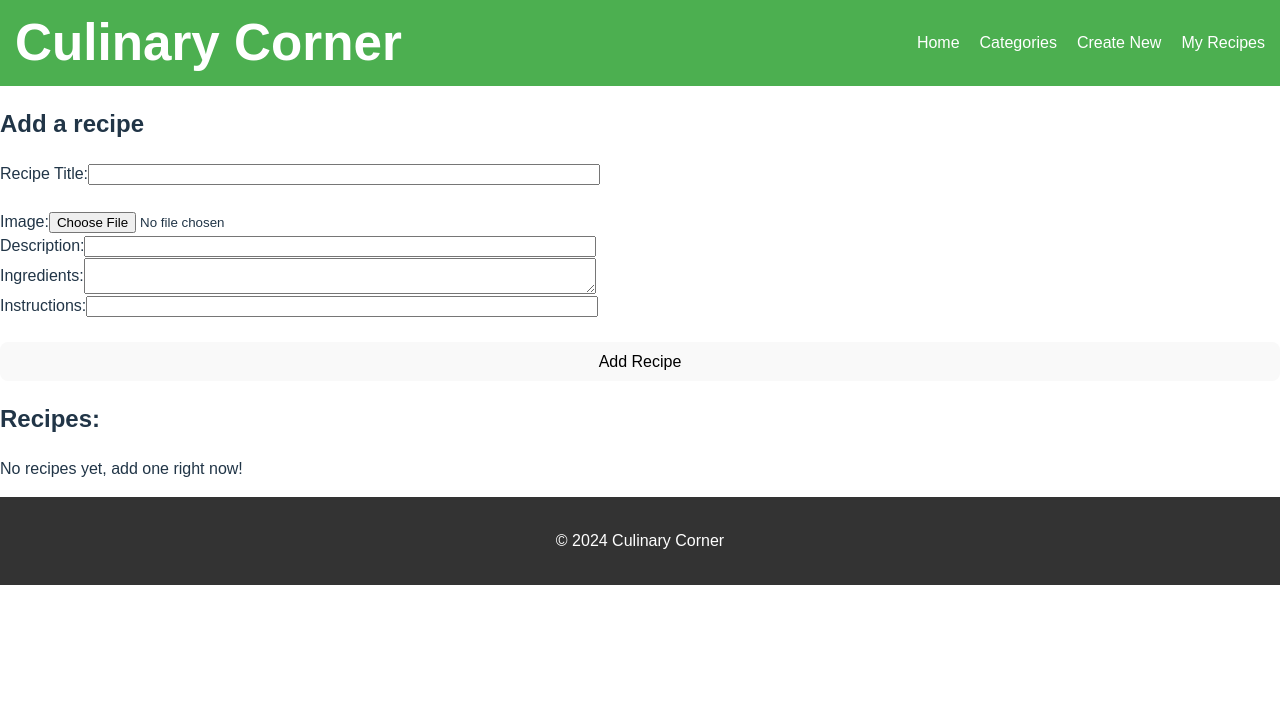
Repository: danielder10/Mon-Jumi-Daniel-FrontEnd-Project
Page: /add-new-recipe
The author's editor kept a copy of each file at every save. The page is drawn from the files as they stood at one save, then again after the next save.
The browser window is 1280 px wide. The pictures show the whole page.
The project was rebuilt for these pictures with package versions that can differ from the ones it lists, and the page was loaded fresh each time. Also part of the build but not shown: vite.config.js, src/Home.jsx, src/Categories.jsx, src/MyRecipes.jsx, src/RecipesDetails.jsx.

Above is the page before, as saved 2024-11-16 01:18:45.

After the next save:
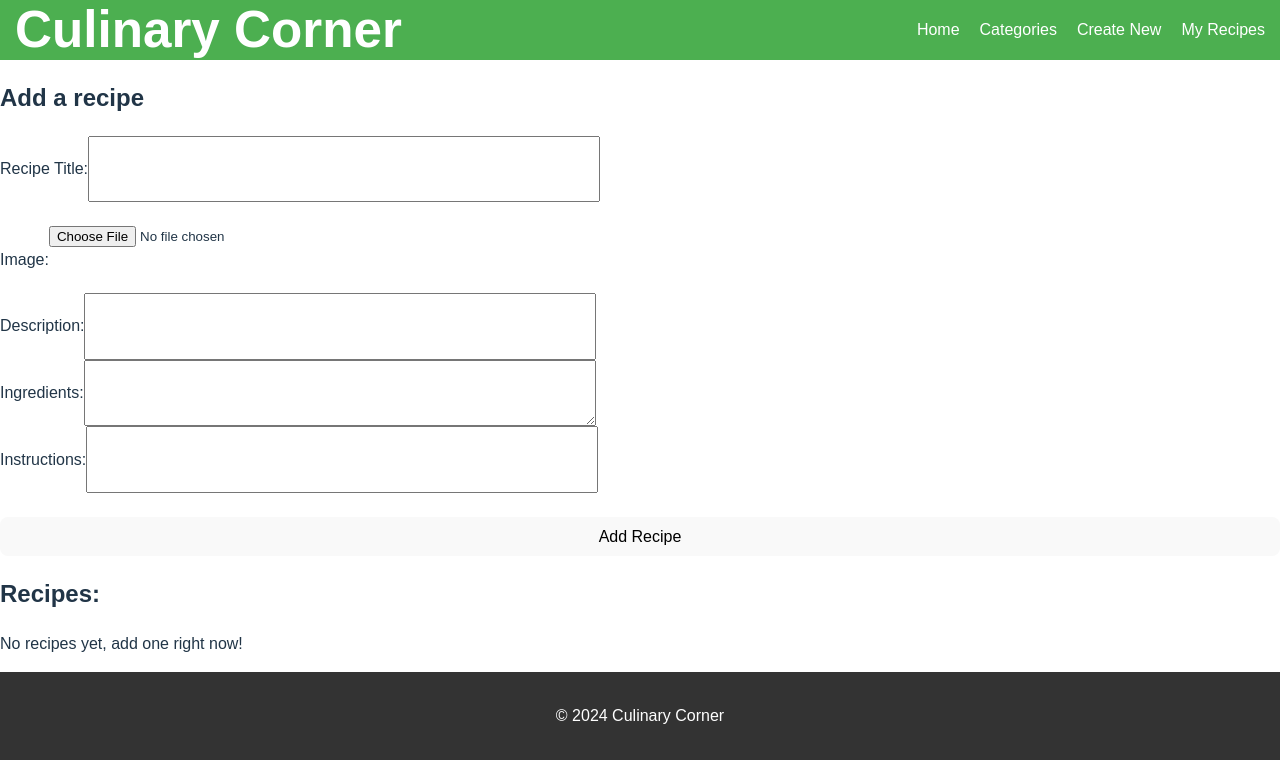
Saved 12 s later.
--- a/src/App.css
+++ b/src/App.css
@@ -96,4 +96,5 @@ footer {
 
 .input-field input, textarea {
   width: 40%;
+  height: 5em;
 }
